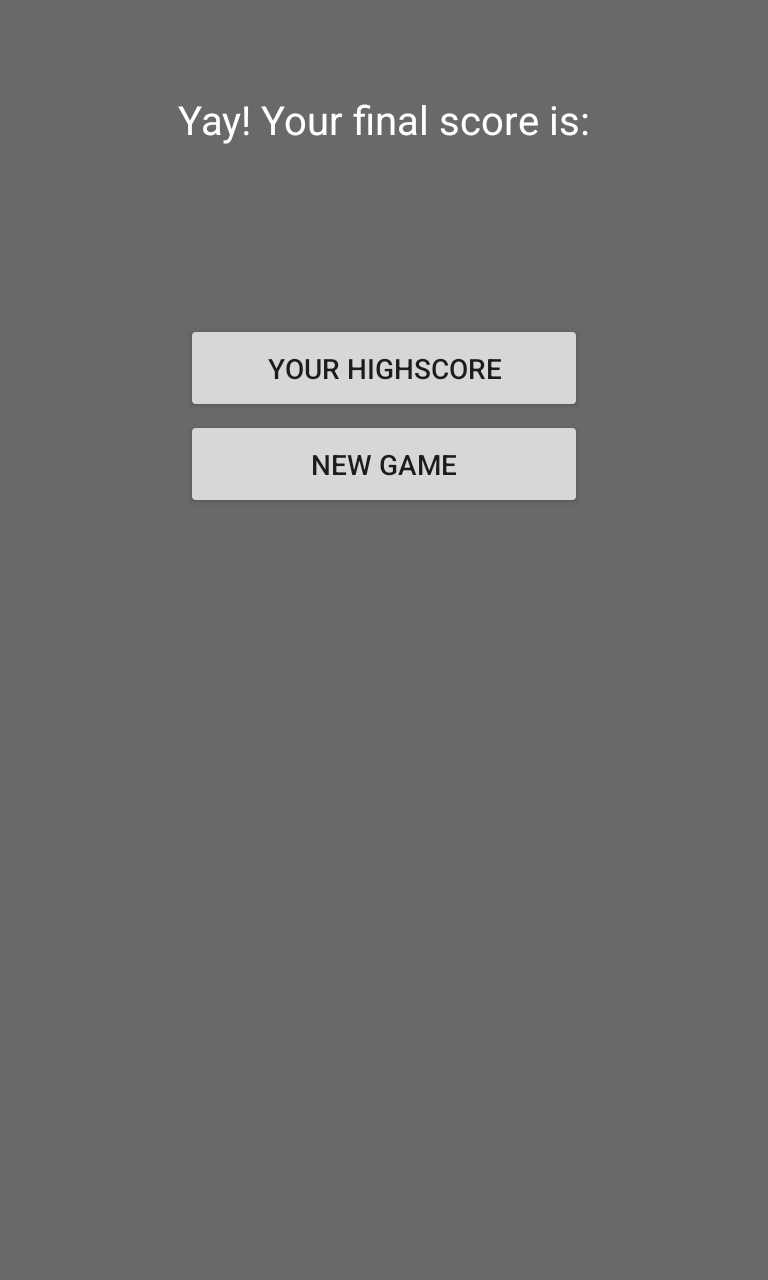
Repository: Hannanina/GuessTag
Layout: GuessTag/res/layout/activity_result_final.xml
These files come from the project's save history. The layout is drawn as it stood at one moment and after the next save; the edit follows.
It is drawn on a 768 x 1280 px phone screen (xhdpi) without system bars, with theme AppTheme; the app's code is not run.

Above is the layout before, as saved 2014-12-11 09:38:46.

### GuessTag/res/layout/activity_result_final.xml
<LinearLayout xmlns:android="http://schemas.android.com/apk/res/android"
    xmlns:tools="http://schemas.android.com/tools"
    android:layout_width="match_parent"
    android:layout_height="match_parent"
    android:paddingBottom="@dimen/activity_vertical_margin"
    android:paddingLeft="@dimen/activity_horizontal_margin"
    android:paddingRight="@dimen/activity_horizontal_margin"
    android:paddingTop="@dimen/activity_vertical_margin"
    android:orientation="vertical"
    android:background="@color/DimGray"
    tools:context="com.example.guesstag.ResultFinalActivity" >

	<TextView
        android:id="@+id/score_heading"
        android:layout_marginTop="30dp"
        android:layout_marginBottom="15dp"
        android:layout_width="wrap_content"
	    android:layout_height="wrap_content"
	    android:layout_gravity="center"
	    android:text="Yay! Your final score is:"
	    android:textSize="20sp"
	    android:textColor="@color/White">
    </TextView>
    	<TextView
        android:id="@+id/score"
        android:layout_marginTop="30dp"
        android:layout_marginBottom="15dp"
        android:layout_width="wrap_content"
	    android:layout_height="wrap_content"
	    android:layout_gravity="center"
	    android:text=""
	    android:textSize="20sp"
	    android:textColor="@color/White">
    </TextView>
      	<Button
	    android:id="@+id/button_highscore"
	    android:layout_width="200dp"
	    android:layout_height="48dp"
	    android:layout_gravity="center"
	    android:text="Your Highscore"
	    android:onClick="onClickHighscore">
	</Button>
	    <Button
	    android:id="@+id/button_end"
	    android:layout_width="200dp"
	    android:layout_height="48dp"
	    android:layout_gravity="center"
	    android:text="New Game"
	    android:onClick="onClickNew">
	</Button>



    </LinearLayout>

### GuessTag/res/values/colors.xml
<?xml version="1.0" encoding="utf-8"?>
<resources>
 <color name="white">#FFFFFF</color>
 <color name="yellow">#FFFF00</color>
 <color name="fuchsia">#FF00FF</color>
 <color name="red">#FF0000</color>
 <color name="silver">#C0C0C0</color>
 <color name="gray">#808080</color>
 <color name="olive">#808000</color>
 <color name="purple">#800080</color>
 <color name="maroon">#800000</color>
 <color name="aqua">#00FFFF</color>
 <color name="lime">#00FF00</color>
 <color name="teal">#008080</color>
 <color name="green">#008000</color>
 <color name="blue">#0000FF</color>
 <color name="navy">#000080</color>
 <color name="black">#000000</color>


 <color name="White">#FFFFFF</color>
 <color name="Ivory">#FFFFF0</color>
 <color name="LightYellow">#FFFFE0</color>
 <color name="Yellow">#FFFF00</color>
 <color name="Snow">#FFFAFA</color>
 <color name="FloralWhite">#FFFAF0</color>
 <color name="LemonChiffon">#FFFACD</color>
 <color name="Cornsilk">#FFF8DC</color>
 <color name="Seashell">#FFF5EE</color>
 <color name="LavenderBlush">#FFF0F5</color>
 <color name="PapayaWhip">#FFEFD5</color>
 <color name="BlanchedAlmond">#FFEBCD</color>
 <color name="MistyRose">#FFE4E1</color>
 <color name="Bisque">#FFE4C4</color>
 <color name="Moccasin">#FFE4B5</color>
 <color name="NavajoWhite">#FFDEAD</color>
 <color name="PeachPuff">#FFDAB9</color>
 <color name="Gold">#FFD700</color>
 <color name="Pink">#FFC0CB</color>
 <color name="LightPink">#FFB6C1</color>
 <color name="Orange">#FFA500</color>
 <color name="LightSalmon">#FFA07A</color>
 <color name="DarkOrange">#FF8C00</color>
 <color name="Coral">#FF7F50</color>
 <color name="HotPink">#FF69B4</color>
 <color name="Tomato">#FF6347</color>
 <color name="OrangeRed">#FF4500</color>
 <color name="DeepPink">#FF1493</color>
 <color name="Fuchsia">#FF00FF</color>
 <color name="Magenta">#FF00FF</color>
 <color name="Red">#FF0000</color>
 <color name="OldLace">#FDF5E6</color>
 <color name="LightGoldenrodYellow">#FAFAD2</color>
 <color name="Linen">#FAF0E6</color>
 <color name="AntiqueWhite">#FAEBD7</color>
 <color name="Salmon">#FA8072</color>
 <color name="GhostWhite">#F8F8FF</color>
 <color name="MintCream">#F5FFFA</color>
 <color name="WhiteSmoke">#F5F5F5</color>
 <color name="Beige">#F5F5DC</color>
 <color name="Wheat">#F5DEB3</color>
 <color name="SandyBrown">#F4A460</color>
 <color name="Azure">#F0FFFF</color>
 <color name="Honeydew">#F0FFF0</color>
 <color name="AliceBlue">#F0F8FF</color>
 <color name="Khaki">#F0E68C</color>
 <color name="LightCoral">#F08080</color>
 <color name="PaleGoldenrod">#EEE8AA</color>
 <color name="Violet">#EE82EE</color>
 <color name="DarkSalmon">#E9967A</color>
 <color name="Lavender">#E6E6FA</color>
 <color name="LightCyan">#E0FFFF</color>
 <color name="BurlyWood">#DEB887</color>
 <color name="Plum">#DDA0DD</color>
 <color name="Gainsboro">#DCDCDC</color>
 <color name="Crimson">#DC143C</color>
 <color name="PaleVioletRed">#DB7093</color>
 <color name="Goldenrod">#DAA520</color>
 <color name="Orchid">#DA70D6</color>
 <color name="Thistle">#D8BFD8</color>
 <color name="LightGrey">#D3D3D3</color>
 <color name="Tan">#D2B48C</color>
 <color name="Chocolate">#D2691E</color>
 <color name="Peru">#CD853F</color>
 <color name="IndianRed">#CD5C5C</color>
 <color name="MediumVioletRed">#C71585</color>
 <color name="Silver">#C0C0C0</color>
 <color name="DarkKhaki">#BDB76B</color>
 <color name="RosyBrown">#BC8F8F</color>
 <color name="MediumOrchid">#BA55D3</color>
 <color name="DarkGoldenrod">#B8860B</color>
 <color name="FireBrick">#B22222</color>
 <color name="PowderBlue">#B0E0E6</color>
 <color name="LightSteelBlue">#B0C4DE</color>
 <color name="PaleTurquoise">#AFEEEE</color>
 <color name="GreenYellow">#ADFF2F</color>
 <color name="LightBlue">#ADD8E6</color>
 <color name="DarkGray">#A9A9A9</color>
 <color name="Brown">#A52A2A</color>
 <color name="Sienna">#A0522D</color>
 <color name="YellowGreen">#9ACD32</color>
 <color name="DarkOrchid">#9932CC</color>
 <color name="PaleGreen">#98FB98</color>
 <color name="DarkViolet">#9400D3</color>
 <color name="MediumPurple">#9370DB</color>
 <color name="LightGreen">#90EE90</color>
 <color name="DarkSeaGreen">#8FBC8F</color>
 <color name="SaddleBrown">#8B4513</color>
 <color name="DarkMagenta">#8B008B</color>
 <color name="DarkRed">#8B0000</color>
 <color name="BlueViolet">#8A2BE2</color>
 <color name="LightSkyBlue">#87CEFA</color>
 <color name="SkyBlue">#87CEEB</color>
 <color name="Gray">#808080</color>
 <color name="Olive">#808000</color>
 <color name="Purple">#800080</color>
 <color name="Maroon">#800000</color>
 <color name="Aquamarine">#7FFFD4</color>
 <color name="Chartreuse">#7FFF00</color>
 <color name="LawnGreen">#7CFC00</color>
 <color name="MediumSlateBlue">#7B68EE</color>
 <color name="LightSlateGray">#778899</color>
 <color name="SlateGray">#708090</color>
 <color name="OliveDrab">#6B8E23</color>
 <color name="SlateBlue">#6A5ACD</color>
 <color name="DimGray">#696969</color>
 <color name="MediumAquamarine">#66CDAA</color>
 <color name="CornflowerBlue">#6495ED</color>
 <color name="CadetBlue">#5F9EA0</color>
 <color name="DarkOliveGreen">#556B2F</color>
 <color name="Indigo">#4B0082</color>
 <color name="MediumTurquoise">#48D1CC</color>
 <color name="DarkSlateBlue">#483D8B</color>
 <color name="SteelBlue">#4682B4</color>
 <color name="RoyalBlue">#4169E1</color>
 <color name="Turquoise">#40E0D0</color>
 <color name="MediumSeaGreen">#3CB371</color>
 <color name="LimeGreen">#32CD32</color>
 <color name="DarkSlateGray">#2F4F4F</color>
 <color name="SeaGreen">#2E8B57</color>
 <color name="ForestGreen">#228B22</color>
 <color name="LightSeaGreen">#20B2AA</color>
 <color name="DodgerBlue">#1E90FF</color>
 <color name="MidnightBlue">#191970</color>
 <color name="Aqua">#00FFFF</color>
 <color name="Cyan">#00FFFF</color>
 <color name="SpringGreen">#00FF7F</color>
 <color name="Lime">#00FF00</color>
 <color name="MediumSpringGreen">#00FA9A</color>
 <color name="DarkTurquoise">#00CED1</color>
 <color name="DeepSkyBlue">#00BFFF</color>
 <color name="DarkCyan">#008B8B</color>
 <color name="Teal">#008080</color>
 <color name="Green">#008000</color>
 <color name="DarkGreen">#006400</color>
 <color name="Blue">#0000FF</color>
 <color name="MediumBlue">#0000CD</color>
 <color name="DarkBlue">#00008B</color>
 <color name="Navy">#000080</color>
 <color name="Black">#000000</color>
</resources>

Loaded but not shown: GuessTag/res/values/styles.xml (common file); GuessTag/res/values-v11/styles.xml (common file); GuessTag/res/values-v14/styles.xml (common file); GuessTag/res/values/dimens.xml (common file); GuessTag/res/values-w820dp/dimens.xml (common file)

After the next save:
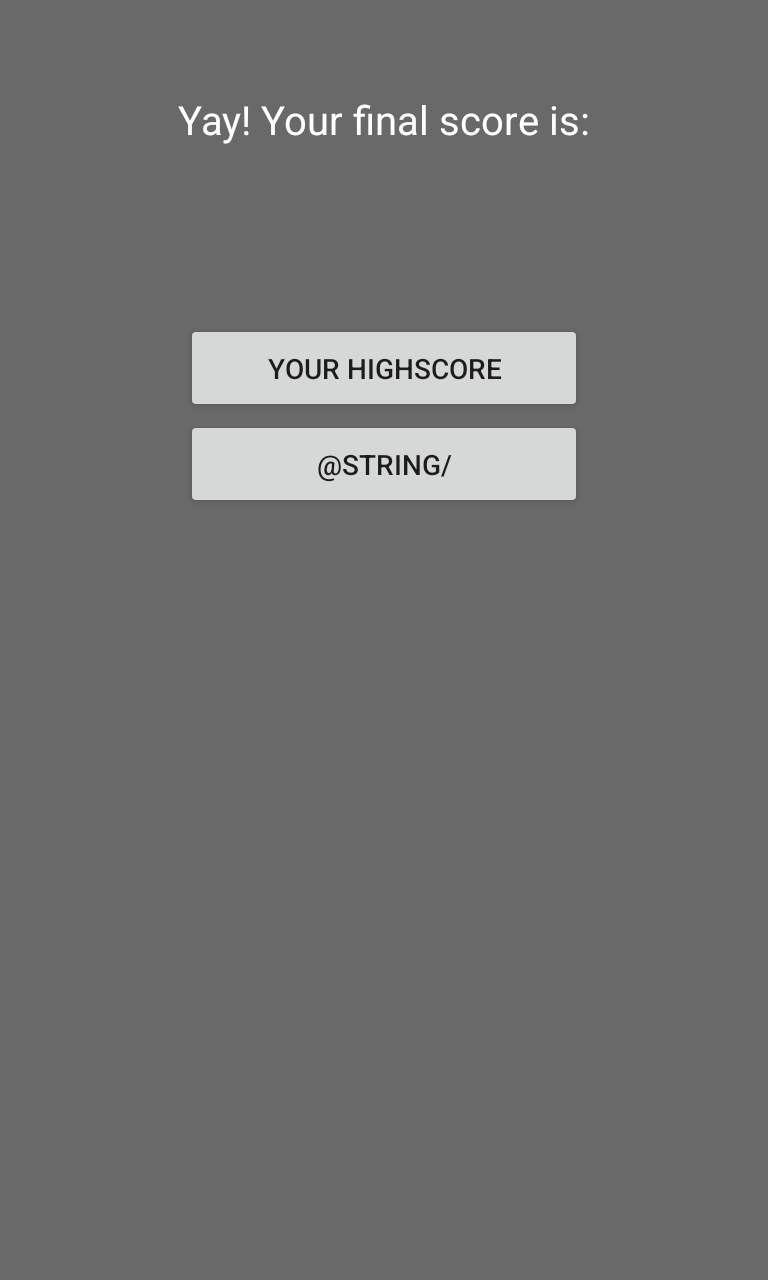
Saved 20 s later.
--- a/GuessTag/res/layout/activity_result_final.xml
+++ b/GuessTag/res/layout/activity_result_final.xml
@@ -45,7 +45,7 @@
 	    android:layout_width="200dp"
 	    android:layout_height="48dp"
 	    android:layout_gravity="center"
-	    android:text="New Game"
+	    android:text="@string/"
 	    android:onClick="onClickNew">
 	</Button>
 
